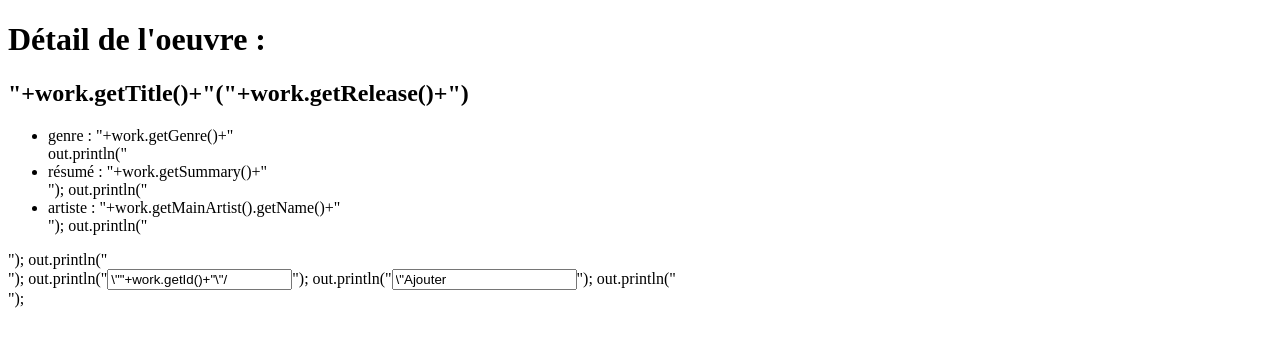
Repository: Fabff/javaWebService
Page: http://localhost/frontoffice/WEB-INF/work-details.jsp
The author's editor kept a copy of each file at every save. The page is drawn from the files as they stood at one save, then again after the next save.
The browser window is 1280 px wide. The pictures show the whole page.
The page is served by Tomcat 9. Nobody is signed in. Other server files are loaded and not shown. The template is opened directly, without the code that normally fills it, so the values that code supplies are empty.

Above is the page before, as saved 2023-04-22 18:53:39.

### frontoffice/src/main/webapp/WEB-INF/work-details.jsp
<%@ page language="java" contentType="text/html; charset=UTF-8"
    pageEncoding="UTF-8"%>
<!DOCTYPE html>
<html>
<head>
<meta charset="UTF-8">
<title>Insert title here</title>
</head>
<body>
<h1>Détail de l'oeuvre : </h1>
<h2>"+work.getTitle()+"("+work.getRelease()+")</h2>
<ul>
<li> genre : "+work.getGenre()+"</li>
			out.println("<li> résumé : "+work.getSummary()+"</li>");
			out.println("<li> artiste : "+work.getMainArtist().getName()+"</li>");
			out.println("</ul>");


			out.println("<form action=\"addToCart\" method=\"POST\">");
			out.println("<input type=\"hidden\" name=\"identifiant\" value=\""+work.getId()+"\"/>");
			out.println("<input type=\"submit\" value=\"Ajouter au caddie\"/>");
			out.println("</form>");
</body>
</html>

After the next save:
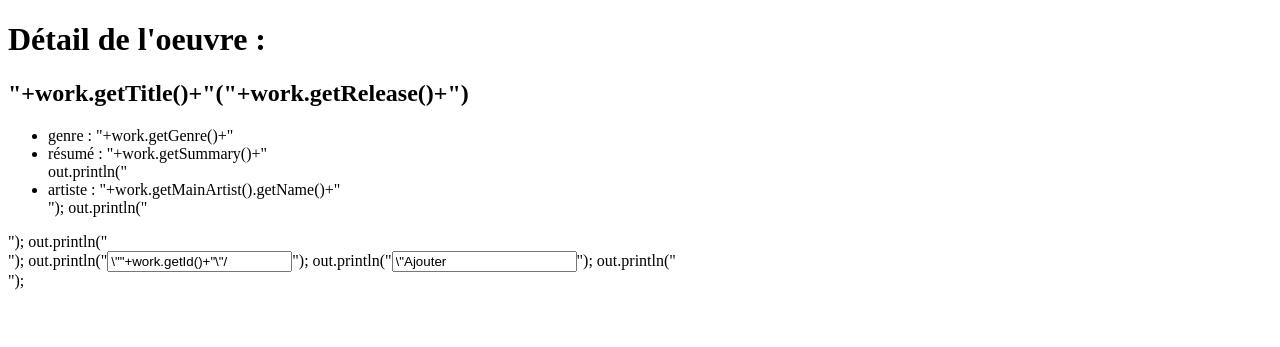
Saved 7 s later.
--- a/frontoffice/src/main/webapp/WEB-INF/work-details.jsp
+++ b/frontoffice/src/main/webapp/WEB-INF/work-details.jsp
@@ -11,7 +11,7 @@
 <h2>"+work.getTitle()+"("+work.getRelease()+")</h2>
 <ul>
 <li> genre : "+work.getGenre()+"</li>
-			out.println("<li> résumé : "+work.getSummary()+"</li>");
+<li> résumé : "+work.getSummary()+"</li>
 			out.println("<li> artiste : "+work.getMainArtist().getName()+"</li>");
 			out.println("</ul>");
 
